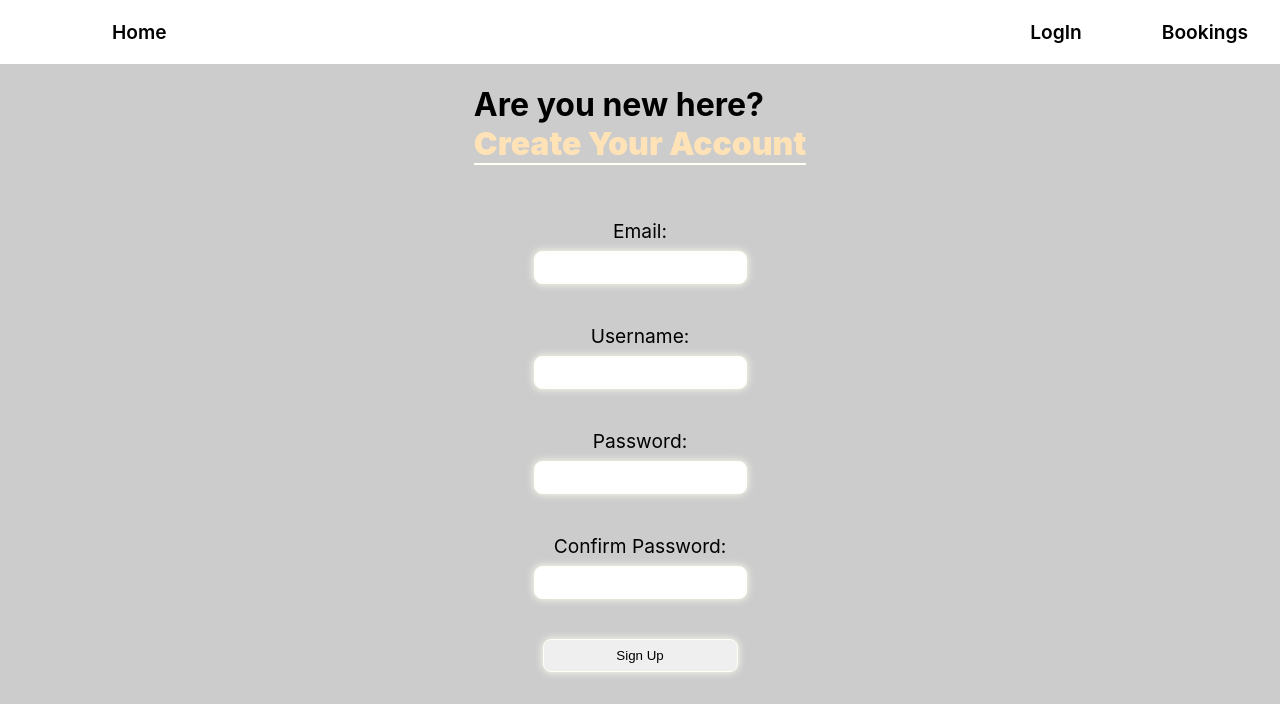
Repository: MikkyPrestige/fake-user-authentication
Page: /signUp
These files come from the project's save history. The page is drawn as it stood at one moment and after the next save; the edit follows.
The browser window is 1280 px wide. The pictures show the whole page.
The project was rebuilt for these pictures with package versions that can differ from the ones it lists, and the page was loaded fresh each time. Also part of the build but not shown: src/assets/styles/home.css, src/components/home.jsx, src/assets/styles/booking.css, src/components/booking.jsx, src/components/fallBack.jsx, src/assets/styles/error.css, src/components/error.jsx, src/assets/styles/login.css and 3 more.

Above is the page before, as saved 2022-11-24 18:44:52.

### src/index.css
body {
  margin: 0;
  font-family: -apple-system, BlinkMacSystemFont, 'Segoe UI', 'Roboto', 'Oxygen',
    'Ubuntu', 'Cantarell', 'Fira Sans', 'Droid Sans', 'Helvetica Neue',
    sans-serif;
  -webkit-font-smoothing: antialiased;
  -moz-osx-font-smoothing: grayscale;
  /* background-image: url(./assets/img/pattern_blue-1.jpg);
  background-repeat: no-repeat;
  background-size: cover;
  background-position: center;
  background-attachment: fixed; */
}

code {
  font-family: source-code-pro, Menlo, Monaco, Consolas, 'Courier New',
    monospace;
}

### src/App.jsx
import React from "react";
import { ErrorBoundary } from "react-error-boundary";
import { Route, Routes } from "react-router-dom";
import { Home, Navigation, Booking, FallBack, Error } from "./components";
import { Login, User, Logout, SignUp } from "./profile";
import RequireAuth from "./profile/context/require";
import { AuthProvider } from "./profile/context/auth";

function App() {
  return (
    <div className="App">
      <ErrorBoundary FallbackComponent={FallBack}>
        <Navigation />
        <AuthProvider>
          <Routes>
            <Route path="/" element={<Home />} />
            <Route path="/login">
              <Route index element={<Login />} />
            </Route>
            <Route
              path="/user"
              element={
                <RequireAuth>
                  <User />
                </RequireAuth>
              }
            />
            <Route path="/logout" element={<Logout />} />
            <Route path="/signUp" element={<SignUp />} />
            <Route path="/booking" element={<Booking />} />
            <Route path="*" element={<Error />} />
          </Routes>
        </AuthProvider>
      </ErrorBoundary>
    </div>
  );
}

export default App;

### src/components/index.js
export { default as Navigation } from "./navigation";
export { default as Home } from "./home";
export { default as Booking } from "./booking";
export { default as FallBack } from "./fallBack";
export { default as Error } from "./error";

### src/profile/index.js
export { default as Login } from "./login";
export { default as Logout } from "./logout";
export { default as SignUp } from "./signUp";
export { default as User } from "./user";

### src/profile/context/auth.jsx
// USER AUTHENTICATION CONTEXT
// This context is used to store the user authentication data and provide it to the rest of the application

import React, { createContext, useState, useContext } from "react";

// Create the context
const AuthContext = createContext({
  user: {
    userName: "",
    email: "",
    password: "",
    confirmPassword: "",
  },
});

// Create the provider
const AuthProvider = ({ children }) => {
  // Create the state
  const [user, setUser] = useState({
    userName: "",
    email: "",
    password: "",
    confirmPassword: "",
  });

  // Login the user
  const login = (userName, password) => {
    setUser({
      userName,
      password,
    });
  };

  // Sign up the user
  const signUp = (userName, password, email) => {
    setUser({
      userName,
      password,
      email,
    });
  };

  // Logout the user
  const logout = () => {
    setUser({
      userName: "",
      email: "",
      password: "",
      confirmPassword: "",
    });
  };

  // Return the provider
  return (
    <AuthContext.Provider value={{ user, login, signUp, logout }}>
      {children}
    </AuthContext.Provider>
  );
};

// Create the hook
const useAuth = () => useContext(AuthContext);

// Export the provider and the hook
export { AuthProvider, useAuth };

### src/components/navigation.jsx
// NAVIGATION COMPONENT

import React from "react";
import { NavLink } from "react-router-dom";
import "../assets/styles/navigation.css";

const Navigation = () => {
  return (
    <div className="navigation">
      <nav className="navigation__links">
        <div className="navigation--link">
          <NavLink
            style={({ isActive }) =>
              isActive ? { color: "red" } : { color: "black" }
            }
            to="/"
            className="navigation__link--item"
          >
            Home
          </NavLink>
        </div>
        <div className="navigation__link--wrapper">
          <NavLink
            style={({ isActive }) =>
              isActive ? { color: "red" } : { color: "black" }
            }
            to="/login"
            className="navigation__link--item"
          >
             LogIn
          </NavLink>
          <NavLink
            style={({ isActive }) =>
              isActive ? { color: "red" } : { color: "black" }
            }
            to="/booking"
            className="navigation__link--item"
          >
            Bookings
          </NavLink>
        </div>
      </nav>
    </div>
  );
};

export default Navigation;

### src/profile/logout.jsx
// LOGOUT COMPONENT:
// This component is for the logout page in the app

import { useEffect } from "react";
import { useNavigate } from "react-router-dom";
import { useAuth } from "./context/auth";

const Logout = () => {
  const auth = useAuth();
  const navigate = useNavigate();

  useEffect(() => {
    auth.logout();
    navigate("/login");
  });

  return null;
};

export default Logout;

### src/profile/signUp.jsx
// SIGN UP COMPONENT:
// This component is for the sign up page in the app. it is used to sign up new users to the app

import React, { useState } from "react";
import { useNavigate } from "react-router-dom";
import { useAuth } from "./context/auth";
import "../assets/styles/signUp.css";

const SignUp = () => {
  const [userName, setUserName] = useState("");
  const [password, setPassword] = useState("");
  const [confirmPassword, setConfirmPassword] = useState("");
  const [email, setEmail] = useState("");
  const [error, setError] = useState("");
  const auth = useAuth();
  const navigate = useNavigate();

  // Validate the form
  const validate = () => {
    if (!userName && !password && !email) {
      setError("Please enter a username, password, and email.");
      return false;
    } else if (userName === "") {
      setError("Please enter a username.");
      return false;
    } else if (password === "") {
      setError("Please enter a password.");
      return false;
    } else if (email === "") {
      setError("Please enter an email.");
      return false;
    } else if (password !== confirmPassword) {
      setError("Passwords do not match.");
      return false;
    } else {
      return true;
    }
  };

  // Handle the form sign up
  const handleSignUp = () => {
    if (validate()) {
      auth.signUp(userName, password, email);
      navigate("/user", { replace: true }); // Redirect the user to the login page after they sign up successfully.
    }
  };

  // Handle the form submit
  const handleSubmit = (e) => {
    e.preventDefault();
    console.log(userName, email, password);
    handleSignUp();
  };

  // Handle the form change
  const handleChange = (e) => {
    const { name, value } = e.target;
    if (name === "user") {
      setUserName(value);
    } else if (name === "password") {
      setPassword(value);
    } else if (name === "email") {
      setEmail(value);
    } else if (name === "confirmPassword") {
      setConfirmPassword(value);
    }
  };

  // Return the sign up form
  return (
    <div className="signUp">
      <div className="signUp__container">
      <h1 className="signUp__title">Are you new here? <span>Create Your Account</span></h1>
      <form className="signUp__form" onSubmit={handleSubmit}>
      <label className="signUp__label" htmlFor="email">
          Email:
        </label>
        <input
          className="signUp__input"
          type="email"
          name="email"
          value={email}
          onChange={handleChange}
        />
        <label className="signUp__label" htmlFor="user">
          Username:
        </label>
        <input
          className="signUp__input"
          type="text"
          name="user"
          value={userName}
          onChange={handleChange}
        />
        <label className="signUp__label" htmlFor="password">
          Password:
        </label>
        <input
          className="signUp__input"
          type="password"
          name="password"
          value={password}
          onChange={handleChange}
        />
        <label className="signUp__label" htmlFor="confirmPassword">
          Confirm Password:
        </label>
        <input
          className="signUp__input"
          type="password"
          name="confirmPassword"
          value={confirmPassword}
          onChange={handleChange}
        />
        <button className="signUp__btn" type="submit">
          Sign Up
        </button>
        {error && <div className="signUp__error">{error}</div>}
      </form>
      </div>
    </div>
  );
};

export default SignUp;

### src/assets/styles/navigation.css
.navigation {
  background-color: #fff;
  height: 4rem;
  position: fixed;
  top: 0;
  width: 100%;
  z-index: 100;
}

.navigation__links {
  display: flex;
  justify-content: space-between;
  align-items: center;
  height: 100%;
  padding: 0 2rem;
}

.navigation__link--item {
  font-size: 1.2rem;
  font-weight: 600;
  text-decoration: none;
}

.navigation--link {
  margin-left: 5rem;
}

.navigation__link--wrapper {
  display: flex;
  align-items: center;
  gap: 5rem;
}

### src/assets/styles/signUp.css
.signUp {
    background-color: #ccc;
    padding: 2rem;
    margin-top: 2rem;
    height: 100%;
}

.signUp__container {
    display: flex;
    flex-direction: column;
    justify-content: center;
    align-items: center;
}

.signUp__title {
    font-size: 2rem;
}

.signUp__title span {
    font-weight: 900;
    color: #ffe3b6;
    display: block;
    border-bottom: 2px solid #FFFFF3;
}

.signUp__form {
    display: flex;
    flex-direction: column;
    justify-content: center;
    align-items: center;
    gap: .5rem;
    margin-top: 2rem;
}

.signUp__label {
    font-size: 1.2rem;
}

.signUp__input {
    width: 100%;
    padding: 0.5rem;
    border: 1px solid #FFFFF3;
    border-radius: 0.5rem;
    box-shadow: 0 0 0.5rem #FFFFF3;
    margin-bottom: 2rem;
}

.signUp__input:focus {
    outline: none;
}

.signUp__btn {
    width: 100%;
    padding: 0.5rem;
    border: 1px solid #FFFFF3;
    border-radius: 0.5rem;
    box-shadow: 0 0 0.5rem #FFFFF3;
}

.signUp__btn:hover {
    background-color: #FFFFF3;
    cursor: pointer;
}

.signUp__btn:active {
    background-color: #FFFFF3;
    cursor: pointer;
}

.signUp__error {
    color: red;
}

Loaded but not shown: public/index.html (common file); src/index.js (common file)

After the next save:
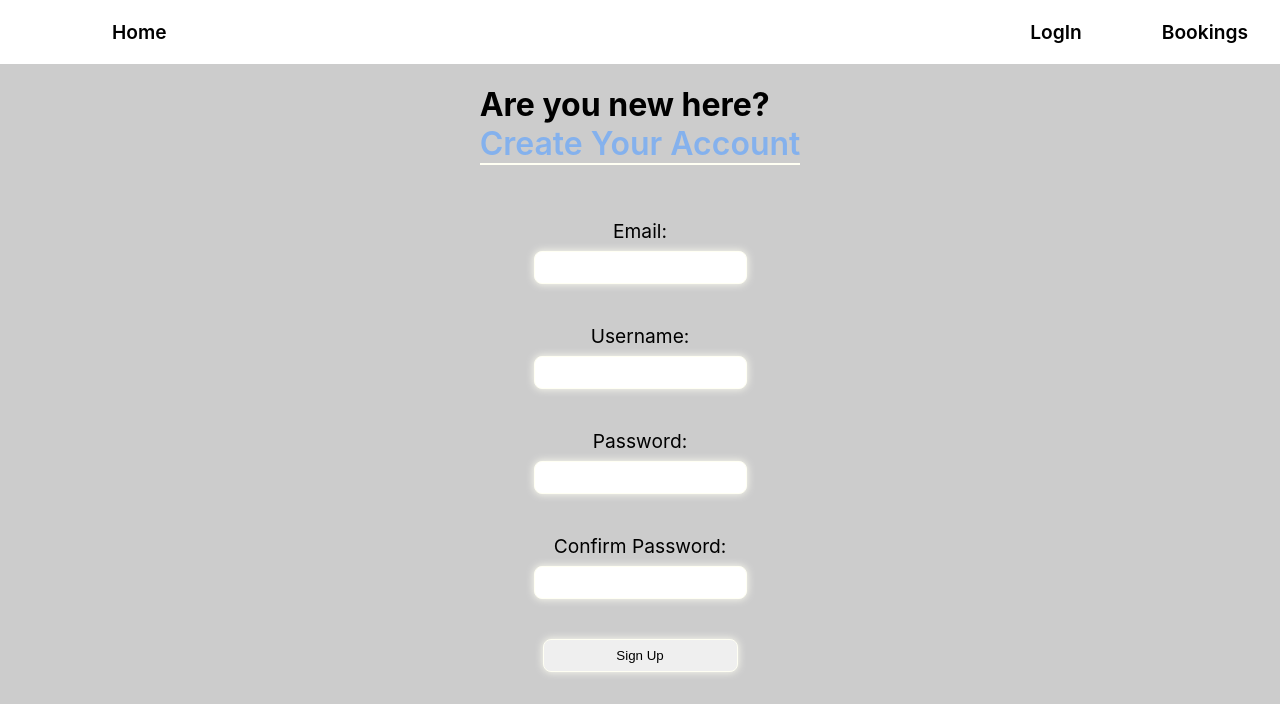
Saved 38 s later.
--- a/src/assets/styles/signUp.css
+++ b/src/assets/styles/signUp.css
@@ -17,8 +17,8 @@
 }
 
 .signUp__title span {
-    font-weight: 900;
-    color: #ffe3b6;
+    font-weight: 600;
+    color: #84b1ed;
     display: block;
     border-bottom: 2px solid #FFFFF3;
 }
